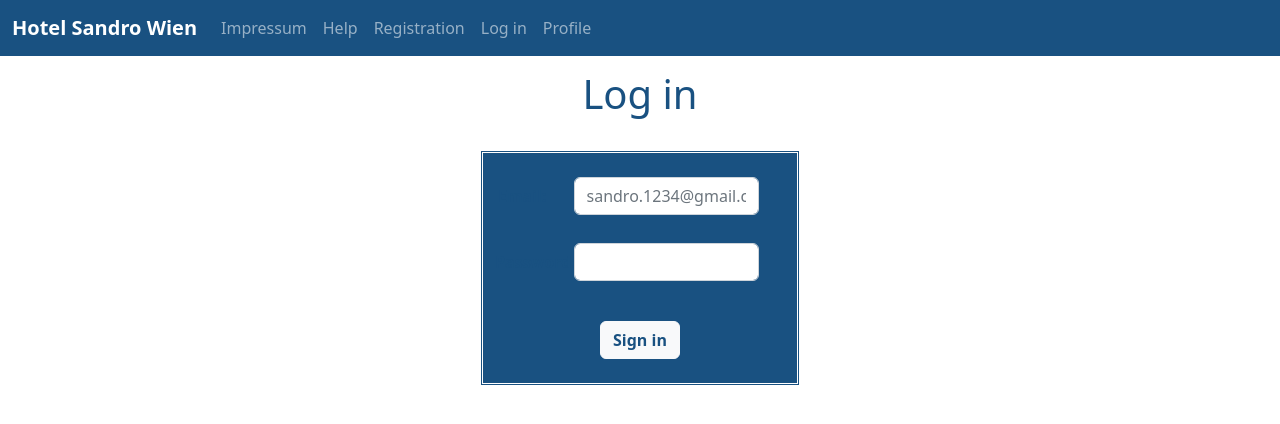
Repository: TIS0N/Hotel_Sandro
Page: http://localhost/pages/login.php
These files come from the project's save history. The page is drawn as it stood at one moment and after the next save; the edit follows.
The browser window is 1280 px wide. The pictures show the whole page.
The page is run by PHP 8.4 with error messages shown; the project is at /var/www/html/.

Above is the page before, as saved 2023-01-12 00:44:51.

After the next save:
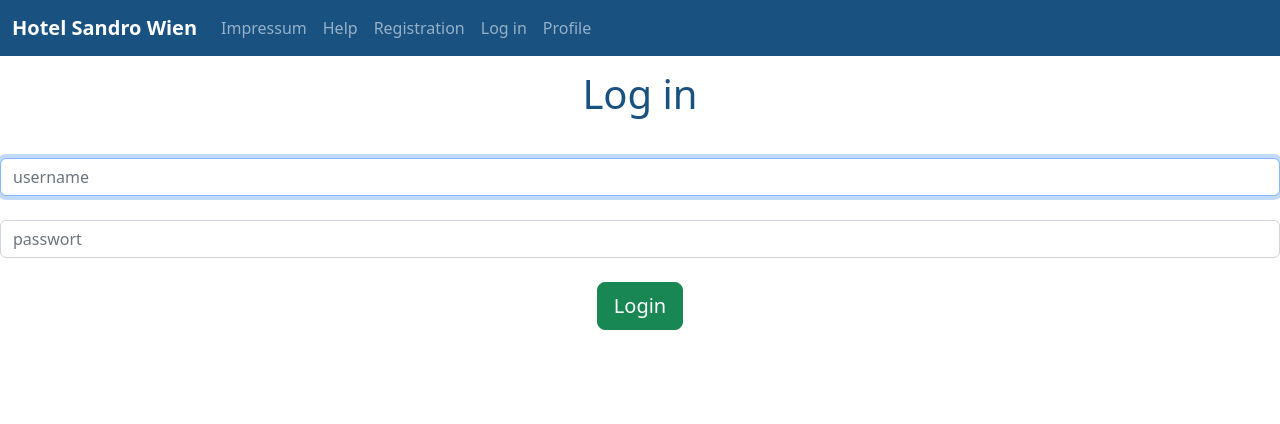
Saved 7 min 34 s later.
--- a/pages/login.php
+++ b/pages/login.php
@@ -16,31 +16,42 @@ session_start();
 
 <?php
 include "../inc/navigation.php";
+include "./footer.php";
 ?>
 
     <h1>Log in</h1><br>
 
-    <div id="formular" class="container text-center col-3">
-        <div class="row justify-content-center">
-            <div class="col-12">
-                <form action="">
-                <br><div class="row mb-1">
-                        <label for="fname" class="col-sm-3 col-form-label"><strong>Email:</strong></label><br>
-                        <div class="col-sm-8">
-                            <input type="email" class="form-control" id="email" placeholder="sandro.1234@gmail.com"><br>
-                        </div>
-                    </div>
-                    <div class="row mb-3">
-                        <label for="lname" class="col-sm-3 col-form-label"><strong>Password:</strong></label><br>
-                        <div class="col-sm-8">
-                            <input type="password" class="form-control" id="password"><br>
-                        </div>
-                    </div>
-                    <button type="submit" class="btn btn-light" style="color: #195181;"><strong>Sign in</strong></button><br><br>
-                </form>
-            </div>
-        </div>
-    </div>
+<form role="form" action="" method="post">
+        <h5 class="text-center"></h5>
+        <input type="username" class="form-control" name="username" placeholder="username" required autofocus></br>
+        <input type="password" class="form-control" name="password" placeholder="passwort" required><br>
+        <button class="btn btn-lg btn-success btn-block" type="submit" name="login">Login</button>
+    </form>
+
+
+
+    <?php
+
+    if ($_SERVER["REQUEST_METHOD"] == "POST"){
+        if(empty($_POST["username"])){
+            echo "Username is required!";
+        }elseif(empty($_POST["password"])){
+            echo "Password is required!";
+        }
+        else{
+            if($username1 !== $_SESSION["username1"]){
+                echo "Wrong username!";
+            }elseif($password1 !== $_SESSION["password1"]){
+                echo "Wrong password!";
+            }else{
+                echo "Login successful!";
+                header("refresh: 1; URL = profile.php");
+            }
+        }
+    }
+
+
+    ?>
 
 </body>
 </html>
